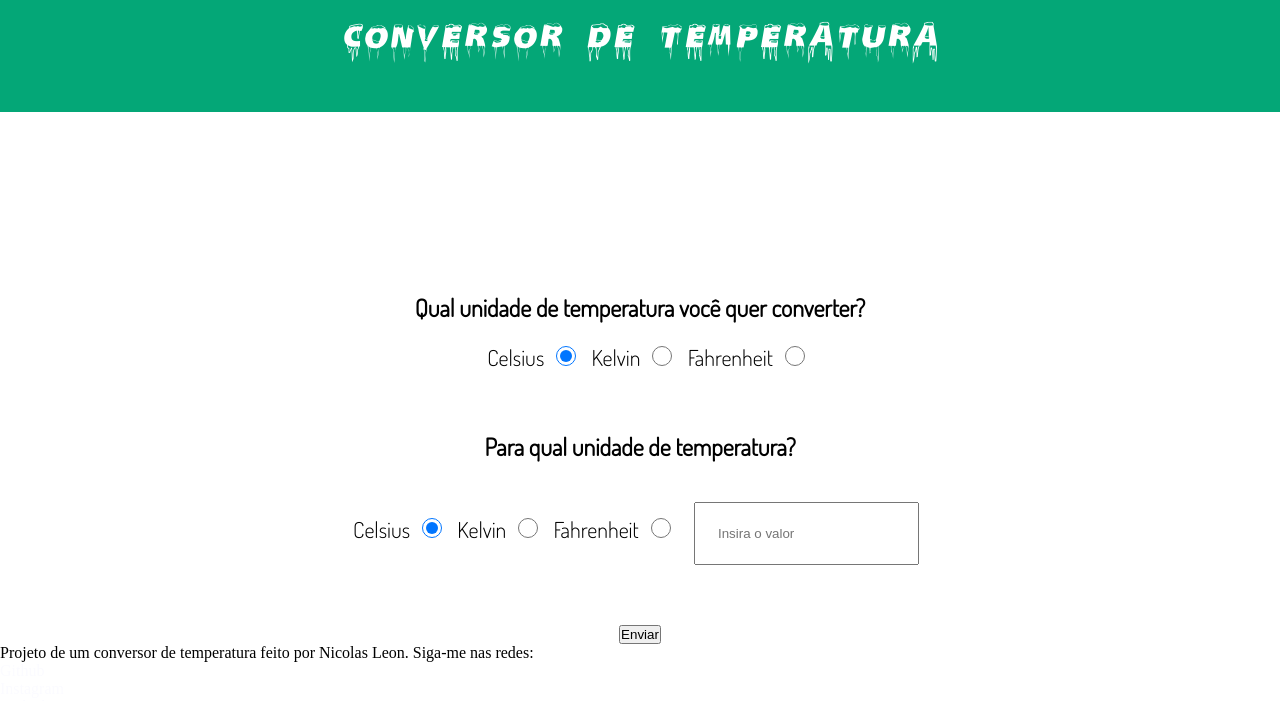
Repository: Leonngc/Conversor-de-temperatura
Page: index.html
These files come from the project's save history. The page is drawn as it stood at one moment and after a run of saves; the edit follows.
The browser window is 1280 px wide. The pictures show the whole page.
Some icons come from a web library that is not loaded, so they are not drawn.

Above is the page before, as saved 2023-02-10 23:31:35.

### index.html
<!DOCTYPE html>
<html lang="pt-br">
<head>
    <meta charset="UTF-8">
    <meta http-equiv="X-UA-Compatible" content="IE=edge">
    <meta name="viewport" content="width=device-width, initial-scale=1.0">
    <link rel='stylesheet' href='https://cdn-uicons.flaticon.com/uicons-bold-straight/css/uicons-bold-straight.css'>
    <link rel="stylesheet" href="style.css">
    <title>Conversor de temperatura</title>
</head>
<body>
    <header>
        <h1>Conversor de Temperatura</h1>
        <button id="menu-button"><i class="fi fi-bs-menu-burger"></i></button>

        <menu>
            <ul id="links-menu">
                <li><a href="">Sobre a página</a></li>
                <li><a href="">História</a></li>
                <li><a href="">Outros Projetos</a></li>
            </ul>
        </menu>
    </header>

    <main>
       <form>
        <h2>Qual unidade de temperatura você quer converter?</h2>
        <label for="celsius">Celsius</label><input type="radio" name="unidade" id="celsius" class="unidades" checked>
        <label for="kelvin">Kelvin</label><input type="radio" name="unidade" class="unidades" id="kelvin">
        <label for="fahrenheit">Fahrenheit</label><input type="radio" name="unidade" class="unidades" id="fahrenheit">
        <br>
       </form>
       <form>
        <h2>Para qual unidade de temperatura?</h2>
        <label for="cel-res">Celsius</label><input type="radio" name="res-unidade" id="cel-res" class="res-unidades"  checked>
        <label for="kel-res">Kelvin</label><input type="radio" name="res-unidade" id="kel-res" class="res-unidades">
        <label for="fah-res">Fahrenheit</label><input type="radio" name="res-unidade" id="fah-res" class="res-unidades">
        <input type="number" name="graus" id="graus" placeholder="Insira o valor">
       </form>
       <button id="submit">Enviar</button>
    </main>

    <footer>
        <p>Projeto de um conversor de temperatura feito por Nicolas Leon. Siga-me nas redes: </p>
        <ul>
            <li><a href="">Github</a></li>
            <li><a href="">Instagram</a></li>
            <li><a href="">Linkedin</a></li>
        </ul>
    </footer>
</body>
</html>

### style.css
@charset "UTF-8";
@import url('https://fonts.googleapis.com/css2?family= Dosis:wght@300 & display = swap');
@font-face {
    font-family: Title;
    src: url(fonts/IceCaps.ttf);
}

:root{
    --yellow: #F7FF58;
    --snow: #FBFBFF;
    --blackout: #040F16;
    --dosis: 'Dosis', sans-serif;
}

*{
    margin: 0;
    padding: 0;
    box-sizing: border-box;
}

header{
    background-color: #04A777;
    margin-bottom: 160px;
    max-width: 100vw;
    color: white;
}

header > h1{
    font-family: Title, sans-serif;
    font-weight: lighter;
    text-align: center;
    font-size: 45px;
    padding: 22px;
}

menu{
    background-color: #05C78D;
    padding: 20px;
    max-width: 100vw;
    display: none;
}

menu > ul{
    margin-left: 20px;
    font-size: 20px;
    font-family: var(--dosis);
    font-weight: bold;
    color: white;
}

menu > ul > li{
    padding: 5px;
}

li > a{
    text-decoration: none;
    color: #FBFBFF;
}

li > a:hover{
    color: #03583e;
    text-decoration: underline;
}

#menu-button{
    background-color: #03583e00;
    border: none;
    color: white;
    font-size: 40px;
    margin-left: 15px;
    margin-bottom: 12px;
}

main{
    text-align: center;
}

form{
    margin: 40px;
    font-family: var(--dosis);

}

form > h2{
    padding: 20px;
}

.unidades, .res-unidades{
    height: 20px;
    width: 20px;
}

label{
    font-size: 22px;
    padding: 12px;
}

#graus{
    margin: 20px;
    padding: 22px;
}

After the next 2 saves:
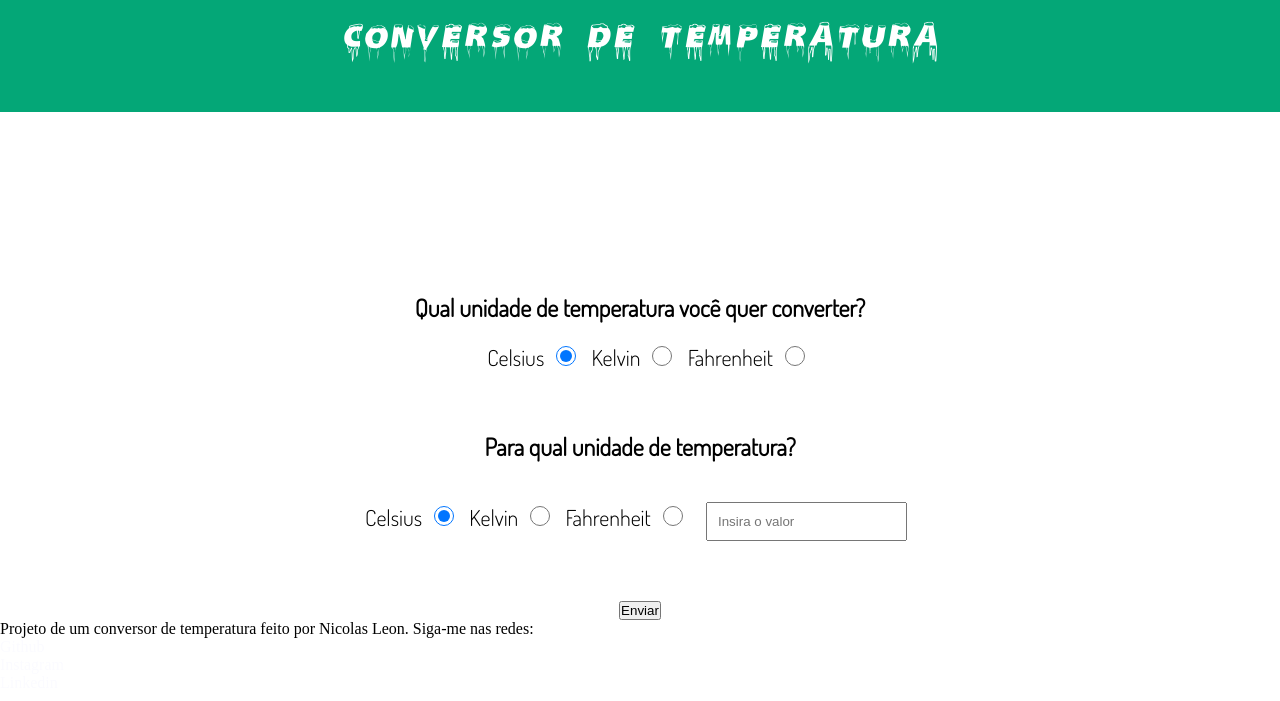
The 2 saves are shown as one change because they came seconds apart.
The last was saved 5 s later.
--- a/style.css
+++ b/style.css
@@ -97,5 +97,5 @@ label{
 
 #graus{
     margin: 20px;
-    padding: 22px;
+    padding: 10px;
 }
